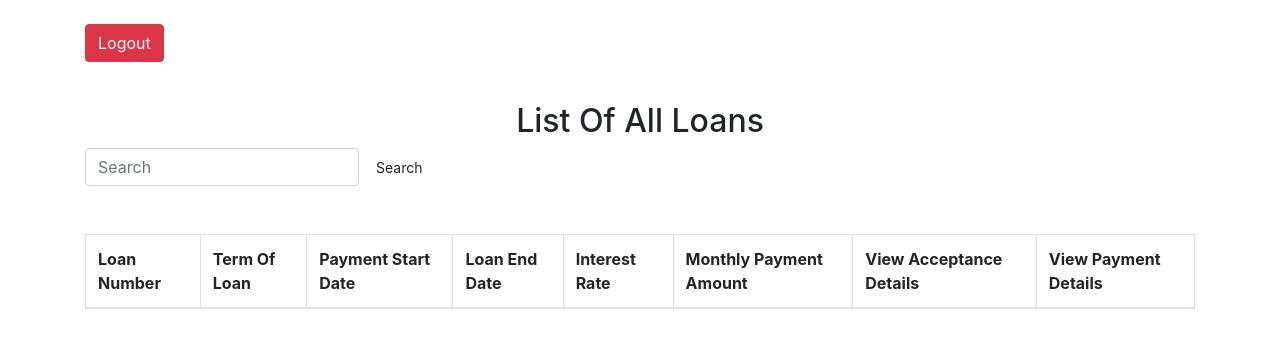
Repository: Bayvao/E-Loan-Project
Page: http://localhost/E-Loan-Project/WEB-INF/views/loan-list.jsp
These files come from the project's save history. The page is drawn as it stood at one moment and after the next save; the edit follows.
The browser window is 1280 px wide. The pictures show the whole page.
The page is served by Tomcat 9. Nobody is signed in. Other server files are loaded and not shown. The template is opened directly, without the code that normally fills it, so the values that code supplies are empty.

Above is the page before, as saved 2020-07-25 12:57:48.

### E-Loan-Project/src/main/webapp/WEB-INF/views/loan-list.jsp
<%@ taglib prefix="form" uri="http://www.springframework.org/tags/form"%>
<%@ taglib prefix="security"
	uri="http://www.springframework.org/security/tags"%>
<%@ taglib prefix="c" uri="http://java.sun.com/jsp/jstl/core"%>

<!DOCTYPE html>
<html lang="en">
<head>
<title>Loan List</title>

<meta charset="utf-8">
<meta name="viewport" content="width=device-width, initial-scale=1">
<link rel="stylesheet"
	href="https://maxcdn.bootstrapcdn.com/bootstrap/4.5.0/css/bootstrap.min.css">
<script
	src="https://ajax.googleapis.com/ajax/libs/jquery/3.5.1/jquery.min.js"></script>
<script
	src="https://cdnjs.cloudflare.com/ajax/libs/popper.js/1.16.0/umd/popper.min.js"></script>
<script
	src="https://maxcdn.bootstrapcdn.com/bootstrap/4.5.0/js/bootstrap.min.js"></script>


<style>
h2 {
	text-align: center;
}
</style>
</head>
<body>

	<div class="container">
		<br />
		<!-- Add a logout button -->
		<form:form action="${pageContext.request.contextPath}/logout"
			method="POST">

			<input type="submit" class="btn btn-danger" value="Logout" />

		</form:form>
		<br />
		<p>

			<security:authorize access="isAuthenticated()">
        User: <security:authentication property="principal.username" />
        | Role: <security:authentication
					property="principal.authorities" />
			</security:authorize>
		</p>
		<div>
			<h2>List Of All Loans</h2>
		</div>

		<form class="form-inline md-form mr-auto mb-4">
			<input class="form-control mr-sm-2" type="text" placeholder="Search"
				aria-label="Search">
			<button class="btn btn-elegant btn-rounded btn-sm my-0" type="submit">Search</button>
		</form>
		<br>

		<table class="table table-bordered table-hover">
			<thead>
				<tr>
					<th scope="col">Loan Number</th>
					<th scope="col">Term Of Loan</th>
					<th scope="col">Payment Start Date</th>
					<th scope="col">Loan End Date</th>
					<th scope="col">Interest Rate</th>
					<th scope="col">Monthly Payment Amount</th>
					<th scope="col">View Acceptance Details</th>
					<th scope="col">View Payment Details</th>

				</tr>
			</thead>
			<tbody>
				<c:forEach items="${listLoan}" var="loan">
					<tr>
						<td scope="row">${loan.loanNumber}</td>
						<td>${loan.termOfLoan}</td>
						<td>${loan.repaymentStartDate}</td>
						<td>${loan.loanClosureDate}</td>
						<td>${loan.interestRate}</td>
						<td>${loan.monthlyPaymentAmount}</td>
						<td><a
							href="${pageContext.request.contextPath}/manager/detailView?id=${loan.loanNumber}">View
								Details</a></td>
						<td><a
							href="${pageContext.request.contextPath}/manager/viewPaymentDetails?id=${loan.loanNumber}">View
								Details</a></td>
					</tr>
				</c:forEach>
			</tbody>
		</table>
	</div>
</body>
</html>

After the next save:
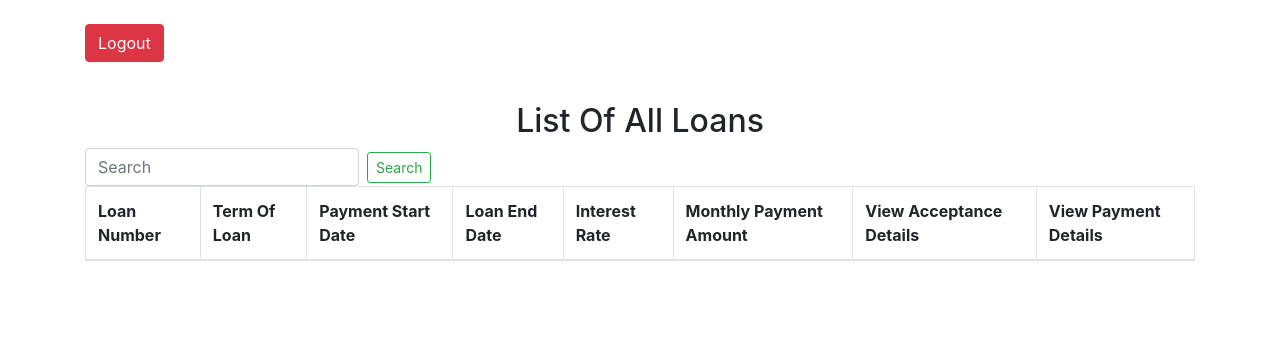
Saved 42 s later.
--- a/E-Loan-Project/src/main/webapp/WEB-INF/views/loan-list.jsp
+++ b/E-Loan-Project/src/main/webapp/WEB-INF/views/loan-list.jsp
@@ -50,13 +50,12 @@ h2 {
 			<h2>List Of All Loans</h2>
 		</div>
 
-		<form class="form-inline md-form mr-auto mb-4">
+		<form class="form-inline mr-auto">
 			<input class="form-control mr-sm-2" type="text" placeholder="Search"
 				aria-label="Search">
-			<button class="btn btn-elegant btn-rounded btn-sm my-0" type="submit">Search</button>
+			<button class="btn btn-outline-success btn-rounded btn-sm my-0"
+				type="submit">Search</button>
 		</form>
-		<br>
-
 		<table class="table table-bordered table-hover">
 			<thead>
 				<tr>
